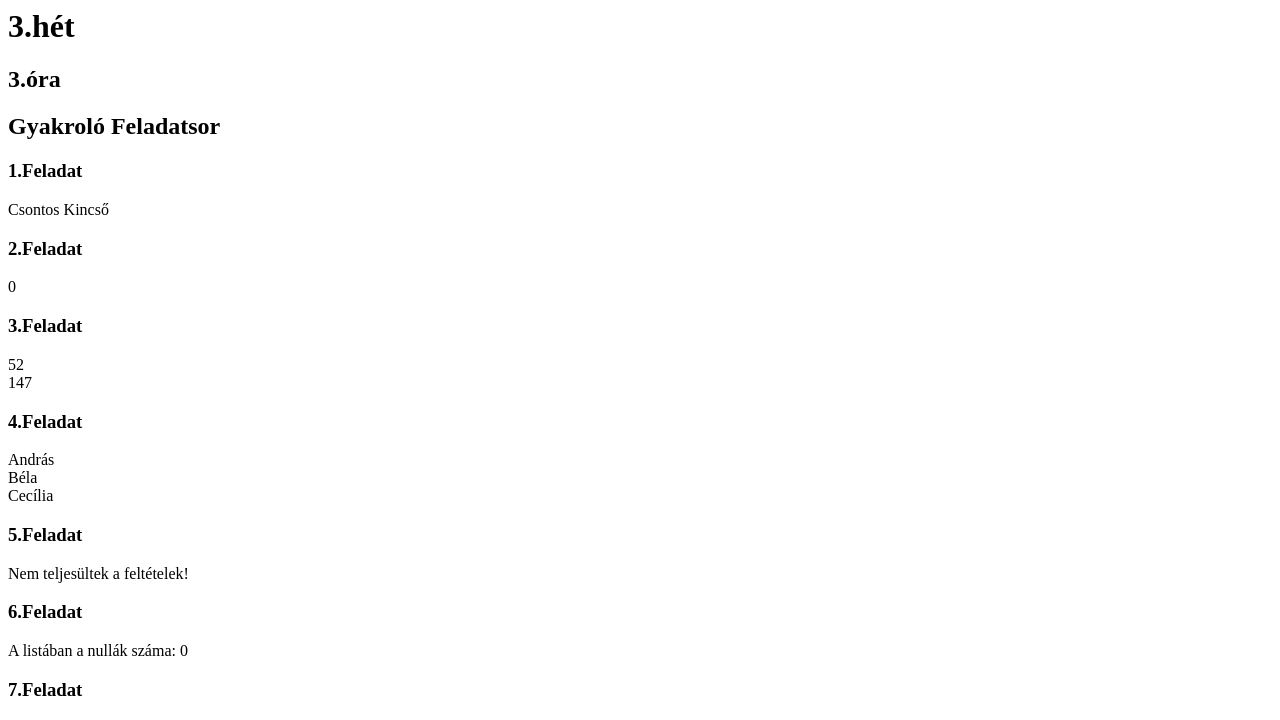
Repository: doomhyena/htdocs
Page: http://localhost/03.Week/feladat.php
The author's editor kept a copy of each file at every save. The page is drawn from the files as they stood at one save, then again after the next save.
The browser window is 1280 px wide. The pictures show the whole page.
The page is run by PHP 8.4 with error messages shown; the project is at /var/www/html/.

Above is the page before, as saved 2024-09-20 12:41:08.

### 03.Week/feladat.php
<?php

// -----------------------------------------------------------------------------------------------------------------
// Harmadik óra 2024/09/09 HÉTFŐ
// -----------------------------------------------------------------------------------------------------------------

echo "<h1>3.hét</h1>";
echo "<h2>3.óra</h2>";
echo "<h2>Gyakroló Feladatsor</h2>";

echo "<h3>1.Feladat</h3>";

echo "Csontos Kincső";

echo "<h3>2.Feladat</h3>";

$a = 5;
$b = 10;
$c = 3;

echo ($a + $b) % $c;

echo "<h3>3.Feladat</h3>";

$d = rand(0, 100);
$e = rand(0, 100);

echo $d + $c;
echo "<br>";
echo $d * $c;

echo "<h3>4.Feladat</h3>";

$list = array("András", "Béla", "Cecília");

for ($i = 0; $i < count($list); $i++) {
    echo $list[$i];
    echo "<br>";
}

echo "<h3>5.Feladat</h3>";

$lista = array();

$randomnumber = rand(1, 12);

if ($randomnumber < 10 && $randomnumber % 2 === 1) {
    array_push($lista, $randomnumber);
    print_r($lista);
} else {
    echo "Nem teljesültek a feltételek!";
}

echo "<h3>6.Feladat</h3>";

$listas = array();

for ($i = 0; $i < 100; $i++) {
    $rando = rand(0, 5);

    array_push($listas, $rando);
}

$nullak = 0;

for ($i = 0; $i < count($lista); $i++) {
    if ($lista[$i] === 0) {
        $nullak += 1;
    }
}

echo "A listában a nullák száma: $nullak";
echo "<br>";

echo "<h3>7.Feladat</h3>";

After the next save:
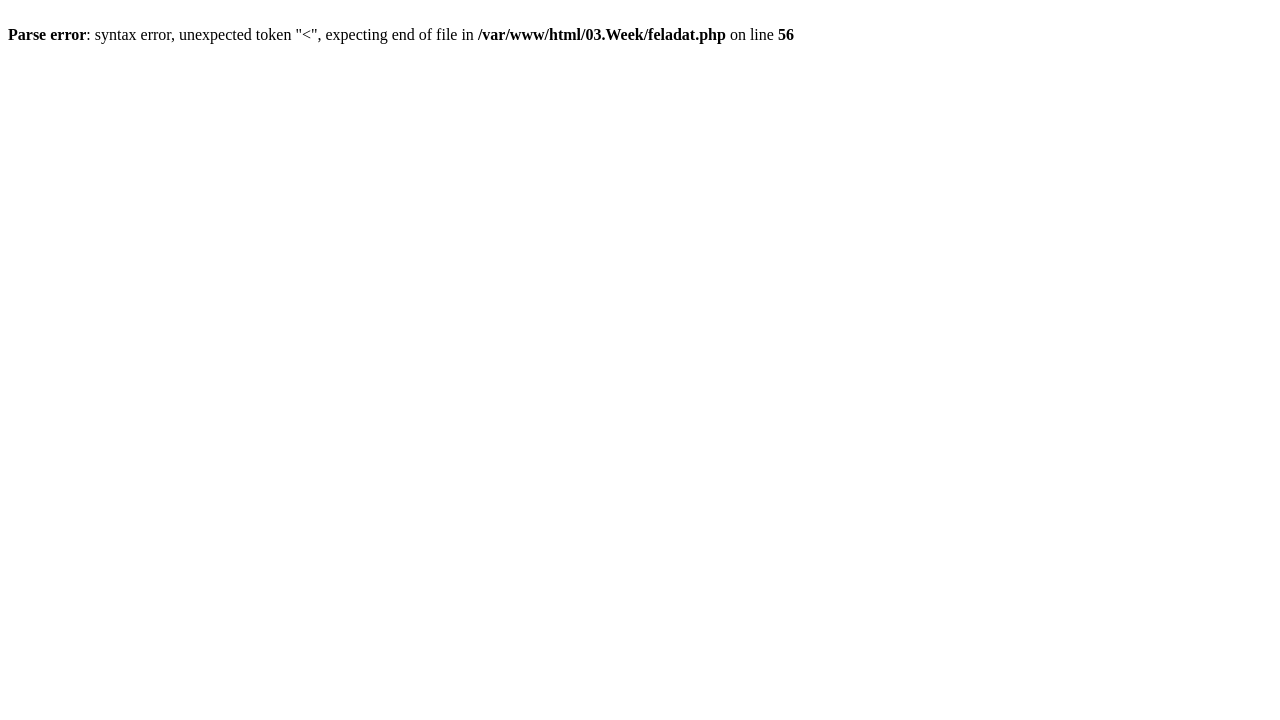
Saved 2 min 45 s later.
--- a/03.Week/feladat.php
+++ b/03.Week/feladat.php
@@ -53,23 +53,28 @@
 
 echo "<h3>6.Feladat</h3>";
 
+<?php
 $listas = array();
 
+// Töltsük fel a tömböt 100 random számmal 0 és 5 között
 for ($i = 0; $i < 100; $i++) {
     $rando = rand(0, 5);
-
     array_push($listas, $rando);
 }
 
 $nullak = 0;
 
-for ($i = 0; $i < count($lista); $i++) {
-    if ($lista[$i] === 0) {
+// Számoljuk meg, hányszor szerepel 0 a listában
+for ($i = 0; $i < count($listas); $i++) {  // Javítás: 'listas'
+    if ($listas[$i] === 0) {  // Javítás: 'listas'
         $nullak += 1;
     }
 }
 
+// Eredmény kiírása
 echo "A listában a nullák száma: $nullak";
 echo "<br>";
+?>
+
 
 echo "<h3>7.Feladat</h3>";

After the save that followed:
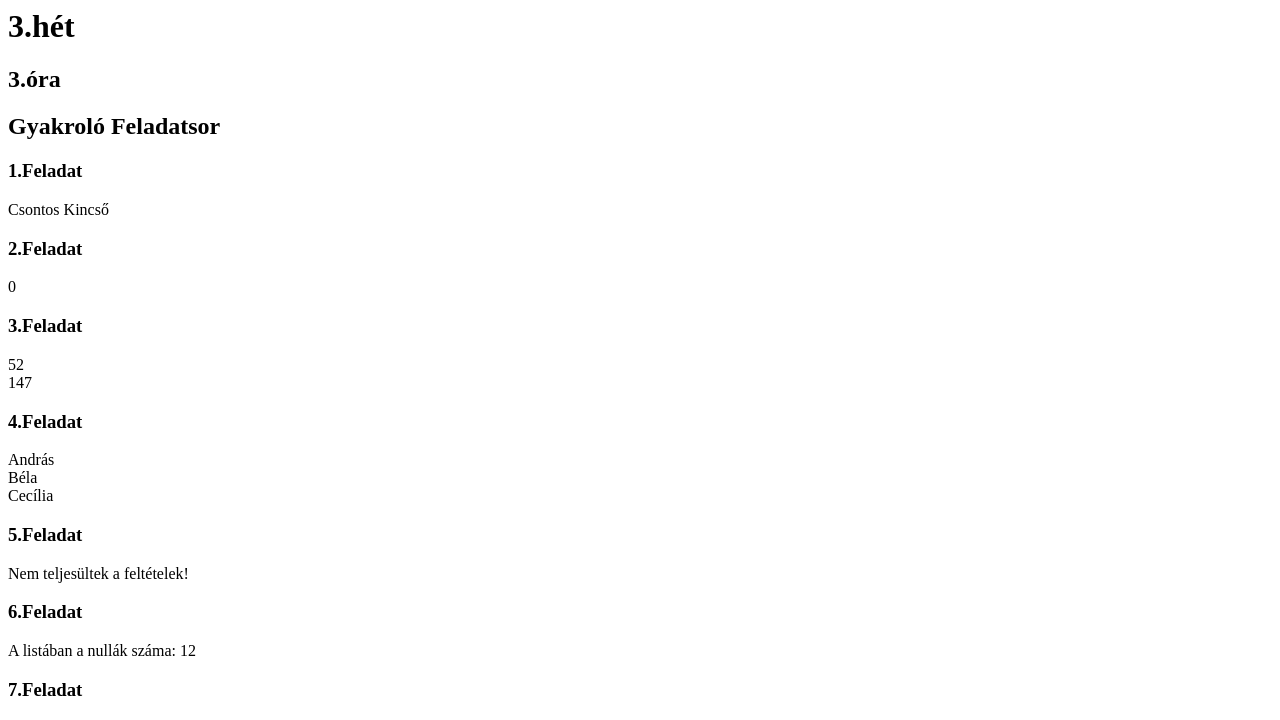
Saved 24 s later.
--- a/03.Week/feladat.php
+++ b/03.Week/feladat.php
@@ -53,10 +53,8 @@
 
 echo "<h3>6.Feladat</h3>";
 
-<?php
 $listas = array();
 
-// Töltsük fel a tömböt 100 random számmal 0 és 5 között
 for ($i = 0; $i < 100; $i++) {
     $rando = rand(0, 5);
     array_push($listas, $rando);
@@ -64,9 +62,8 @@
 
 $nullak = 0;
 
-// Számoljuk meg, hányszor szerepel 0 a listában
-for ($i = 0; $i < count($listas); $i++) {  // Javítás: 'listas'
-    if ($listas[$i] === 0) {  // Javítás: 'listas'
+for ($i = 0; $i < count($listas); $i++) {
+    if ($listas[$i] === 0) {
         $nullak += 1;
     }
 }
@@ -74,7 +71,6 @@
 // Eredmény kiírása
 echo "A listában a nullák száma: $nullak";
 echo "<br>";
-?>
 
 
 echo "<h3>7.Feladat</h3>";
